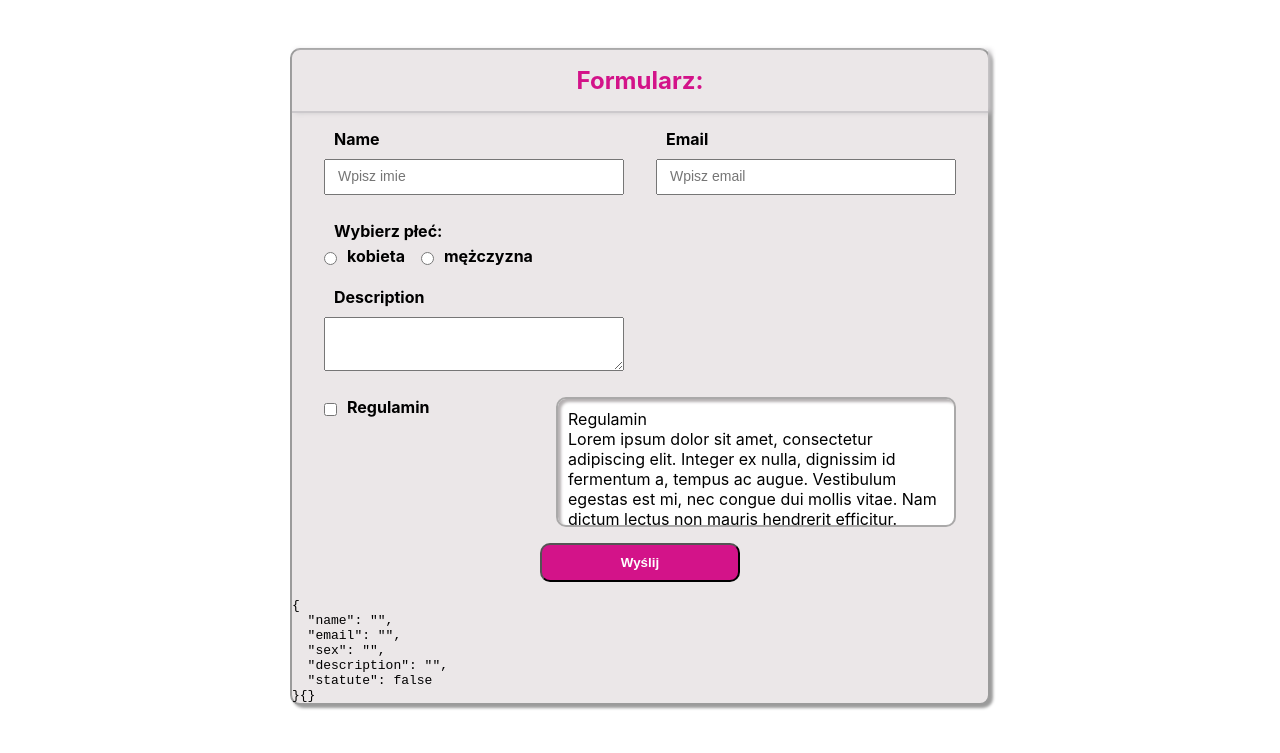
Repository: KrzysKolo/sr_tydzien4_zad3
Page: /
These files come from the project's save history. The page is drawn as it stood at one moment and after the next save; the edit follows.
The browser window is 1280 px wide. The pictures show the whole page.
The project was rebuilt for these pictures with package versions that can differ from the ones it lists, and the page was loaded fresh each time. Also part of the build but not shown: src/components/FormComponents/TextError.js.

Above is the page before, as saved 2020-11-19 14:35:33.

### src/App.js
import React from 'react';
import './App.css';
import FormikContainer from './components/Formik/FormikContainer';
import Header from './components/Header';
const App = () => {
  return (
    <main className="App">
      <Header />
      <FormikContainer />
    </main>
   );
}

export default App;

### src/App.css
* {
  margin: 0;
  padding: 0;
  box-sizing: border-box;
}
.App {
  margin: 3rem auto;
  width: 700px;
  background-color: rgb(235, 231, 232);
  border: 2px solid rgb(155, 155, 155);
  border-radius: 10px;
  box-shadow: 3px 3px 3px rgb(155, 155, 155);
}
.section {
  display: flex;
  flex-direction: row;
  margin: 1rem 2rem;
  justify-content: space-between;
}
label {
  font-weight: bold;
  display: flex;
  margin-bottom: 5px;
  margin-left: 10px;
}
input[type="text"],
input[type="email"],
textarea {
  display: block;
  width: 300px;
  padding: 6px 12px;
  font-size: 14px;
  line-height: 1.4285;
  color: #555;
  margin: 10px 0;
}
.error {
  color: red;
}
.row {
  display: flex;
  flex-direction: row;
  align-items: center;
  margin-right: 1rem;
}
.statute {
  border: 2px solid rgb(170, 169, 169);
  border-radius: 10px;
  box-shadow: inset 3px 3px 3px rgb(181, 177, 178);
  background: #ffffff;
  height: 130px;
  width: 400px;
  padding: 10px;
  overflow: auto;
}
.btn-send {
  background-color: rgba(211, 19, 137, 1);
  border-radius: 10px;
  color: white;
  cursor: pointer;
  font-weight: bold;
  margin: 0 auto;
  padding: 10px;
  width: 200px;
  transition: all 0.3s ease-in-out;
}
.btn-send:hover {
  background-color: rgba(211, 19, 137, 0.5);
}
.header {
  color: rgba(211, 19, 137, 1);
  margin: 0 auto;
  text-align: center;
  font-weight: bold;
  border-bottom: 2px solid rgb(204, 201, 204);
  padding: 1rem;
  box-shadow: 3px 0 5px rgb(204, 201, 204);
}

### src/components/Formik/FormikContainer.js
import React from 'react';
import { Formik, Form } from 'formik';
import * as yup from 'yup';
import FormikControl from './FormikControl';
import RadioOptions from './../../data/RadioOptions';

const FormikContainer = () => {
    const initialValues = {
        name: '',
        email: '',
        sex: '',
        description: '',
        statute: false,
    }

    const validationSchema = yup.object({
        name: yup.string().required("Imię jest obowiązkowe!").min(2,"Twóje imię musi mieć więcej niż 2 znaki!").max(30,'Twoje imię może mieć maxymalnie 30 znaków!'),
        email: yup.string().required("Email jest wymagany!").email("Adres zawiera błędy"),
        sex: yup.string().required('Zaznacz jedną wartość!'),
        description: yup.string().required('Wpisz kilka słów!').min(2, "Wpisz co najmniej 2 znaki").max(100, "Możesz wpisać max. 250 znaków"),
        statute: yup.boolean().required().oneOf([true], 'Musisz zaznaczyć regulamin!'),
    });

    const onSubmit = values => {console.log('Form data: ', values)};
    return (
        <Formik
            initialValues={initialValues}
            validationSchema={validationSchema}
            onSubmit={onSubmit}
        >
            { ({formik, values, errors}) => (
                <Form className="form-wrapper">
                    <section className="section">
                        <FormikControl control='input' type='text' label='Name' name='name' placeholder="Wpisz imie"/>
                        <FormikControl control='input' type='email' label='Email' name='email' placeholder="Wpisz email"/>
                    </section>
                    <section className="section">
                        <FormikControl control='radio' label='Wybierz płeć: ' name='sex' options={RadioOptions}/>
                    </section>
                    <section className="section">
                        <FormikControl control='textarea' label='Description' name='description'/>
                    </section>
                    <section className="section">
                        <FormikControl control='checkbox' label='Regulamin' name='statute'/>
                        <div className="statute">
                            Regulamin<br/>
                            <p>Lorem ipsum dolor sit amet, consectetur adipiscing elit. Integer ex nulla, dignissim id fermentum a, tempus ac augue. Vestibulum egestas est mi, nec congue dui mollis vitae. Nam dictum lectus non mauris hendrerit efficitur. Donec imperdiet nec nibh et interdum. Fusce ornare consequat sapien. Pellentesque rhoncus tempor vulputate. Aliquam eu diam laoreet, tincidunt nulla ut, dignissim turpis. Aliquam est ante, luctus sed felis et, iaculis sollicitudin tellus. Cras congue tincidunt viverra. Sed vestibulum faucibus lacus, eu dictum lorem porta id. Praesent a placerat ligula. Vestibulum faucibus ornare erat, id elementum est vehicula eu. Nunc pulvinar dolor lacus. Vestibulum dapibus efficitur orci, ac rhoncus augue auctor ut.</p>
                        </div>
                    </section>
                    <section className="section">
                         <button className="btn-send" type="submit">Wyślij</button>
                    </section>
                    <pre>
                        {JSON.stringify(values, null, 2)}
                        {JSON.stringify(errors, null, 2)}

                    </pre>

                </Form>
            )

            }

        </Formik>
    )
}
export default FormikContainer;

### src/components/Header.js
import React from 'react';
const Header = () => {
    return (
        <section className="header">
            <h2>Formularz: </h2>
        </section>
     );
}

export default Header;

### src/components/Formik/FormikControl.js
import { Input, Radio, Checkbox, TextArea } from './../FormComponents/';


const FormikControl = (props) => {
    const { control, ...rest } = props;
    switch(control) {
        case 'input': return <Input {...rest} />
        case 'radio': return <Radio {...rest} />
        case 'textarea': return <TextArea {...rest} />
        case 'checkbox': return <Checkbox {...rest} />
        default: return null
    }
}

export default FormikControl;

### src/data/RadioOptions.js
const RadioOptions=[
    { id: 0, value: "kobieta", label: 'kobieta' },
    { id: 1, value: "mężczyzna", label: 'mężczyzna' },
   ];
export default RadioOptions;

### src/components/FormComponents/index.js
export { default as Input } from "./Input";
export { default as Radio } from "./Radio";
export { default as Checkbox } from "./Checkbox";
export { default as TextArea } from "./TextArea";

### src/components/FormComponents/Input.js
import React from 'react';
import{ Field, ErrorMessage } from 'formik';
import TextError from './TextError';

const Input = (props) => {
    const { label, name, ...rest } = props;
    return (
        <div className="form-control">
             <label htmlFor={name}>{label}</label>
            <Field id={name} name={name} {...rest} />
            <ErrorMessage name={name} component={TextError} />
        </div>
     );
}

export default Input;

### src/components/FormComponents/Radio.js
import React from 'react';
import{ Field, ErrorMessage } from 'formik';
import TextError from './TextError';

const Radio = (props) => {
    const { label, name, options, ...rest } = props;
    return (
        <div className="form-control">
            <label htmlFor={name}>{label}</label>
            <div className="row">
                <Field name={name} {...rest}>
                    {
                    ({ field }) => {
                        return options.map(option => {
                            return (
                                <div className="row" key={option.id} >
                                    <input type='radio' id={option.id} {...field} value={option.value} checked={field.value === option.value}/>
                                    <label htmlFor={option.id}>{option.label}</label>
                                </div>
                            )
                        })
                    }
                    }
                </Field>
            </div>
            <ErrorMessage name={name} component={TextError} />
        </div>
     );
}

export default Radio;

### src/components/FormComponents/Checkbox.js
import React from 'react';
import{ Field, ErrorMessage } from 'formik';
import TextError from './TextError';

const Checkbox = (props) => {
    const { label, name, ...rest } = props;
    return (
        <div className="form-control">
            <div className="row">
                <Field type='checkbox' id={name} name="statute" {...rest}/>
                <label htmlFor={name}>{label}</label>
            </div>
            <ErrorMessage name={name} component={TextError} />
        </div>
     );
}

export default Checkbox;

### src/components/FormComponents/TextArea.js
import React from 'react';
import{ Field, ErrorMessage } from 'formik';
import TextError from './TextError';

const TextArea = (props) => {
    const { label, name, ...rest } = props;
    return (
        <div className="form-control">
            <label htmlFor={name}>{label}</label>
            <Field as ='textarea' id={name} name={name} {...rest} />
            <ErrorMessage name={name} component={TextError} />
        </div>
     );
}

export default TextArea;

Loaded but not shown: public/index.html (common file); src/index.js (common file); src/index.css (common file)

After the next save:
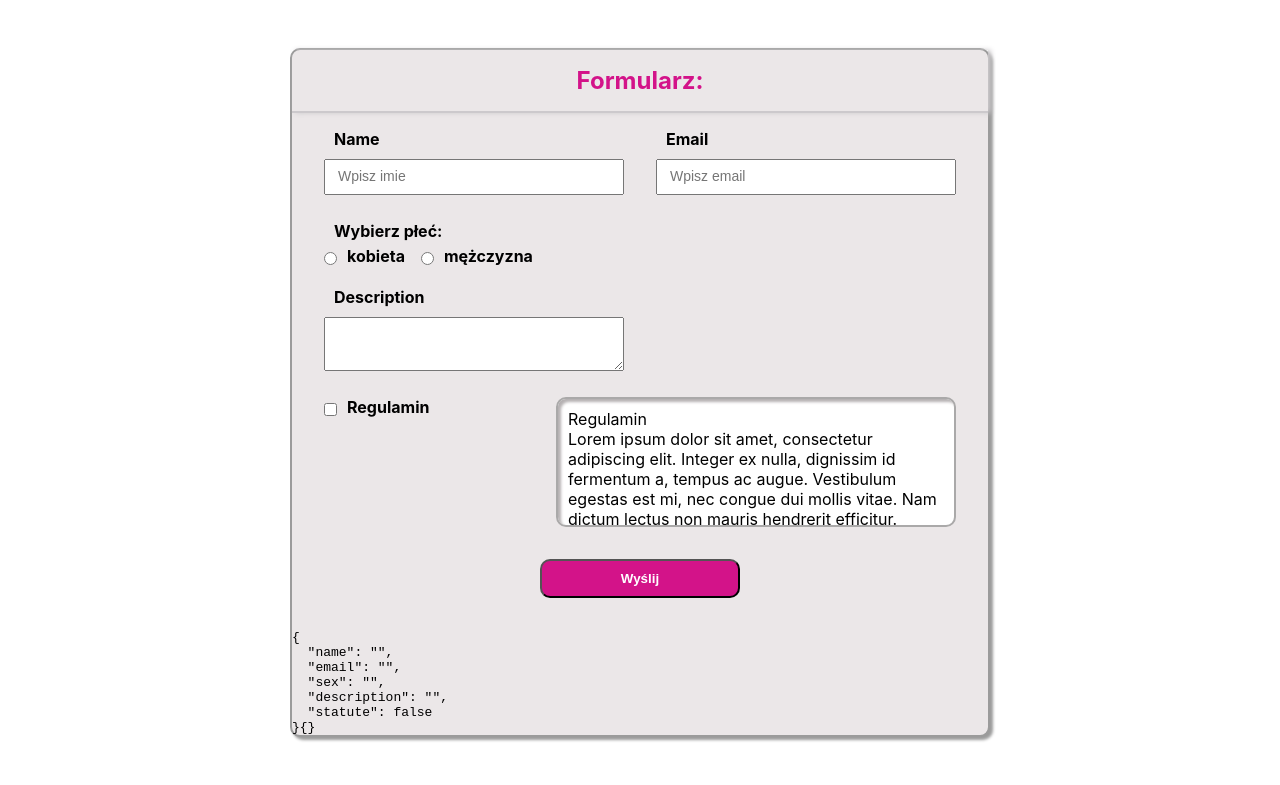
Saved 52 s later.
--- a/src/App.css
+++ b/src/App.css
@@ -59,7 +59,7 @@ textarea {
   color: white;
   cursor: pointer;
   font-weight: bold;
-  margin: 0 auto;
+  margin: 1rem auto;
   padding: 10px;
   width: 200px;
   transition: all 0.3s ease-in-out;
